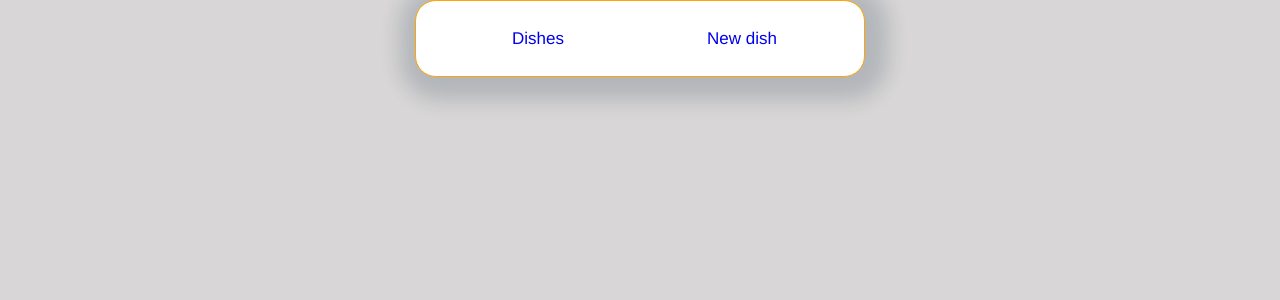
Repository: ZenLone/culinary-website
Page: / (app in frontend/)
An editor plug-in stored every save of this project. The page is shown before and after the next save, followed by the edit.
The browser window is 1280 px wide. The pictures show the whole page.
The project was rebuilt for these pictures with package versions that can differ from the ones it lists, and the page was loaded fresh each time. Also part of the build but not shown: frontend/vite.config.js, frontend/src/Dishes.vue.

Above is the page before, as saved 2025-04-06 13:33:17.

After the next save:
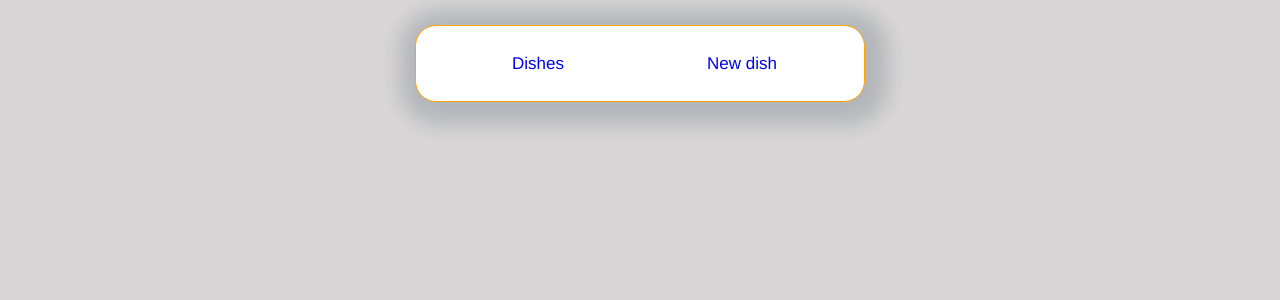
Saved 16 s later.
--- a/frontend/src/assets/main.css
+++ b/frontend/src/assets/main.css
@@ -6,6 +6,7 @@
 }
 body{
   /* height:100vh; */
+  padding:25px;
   align-items: center;
   display: flex;
   justify-content: center;
